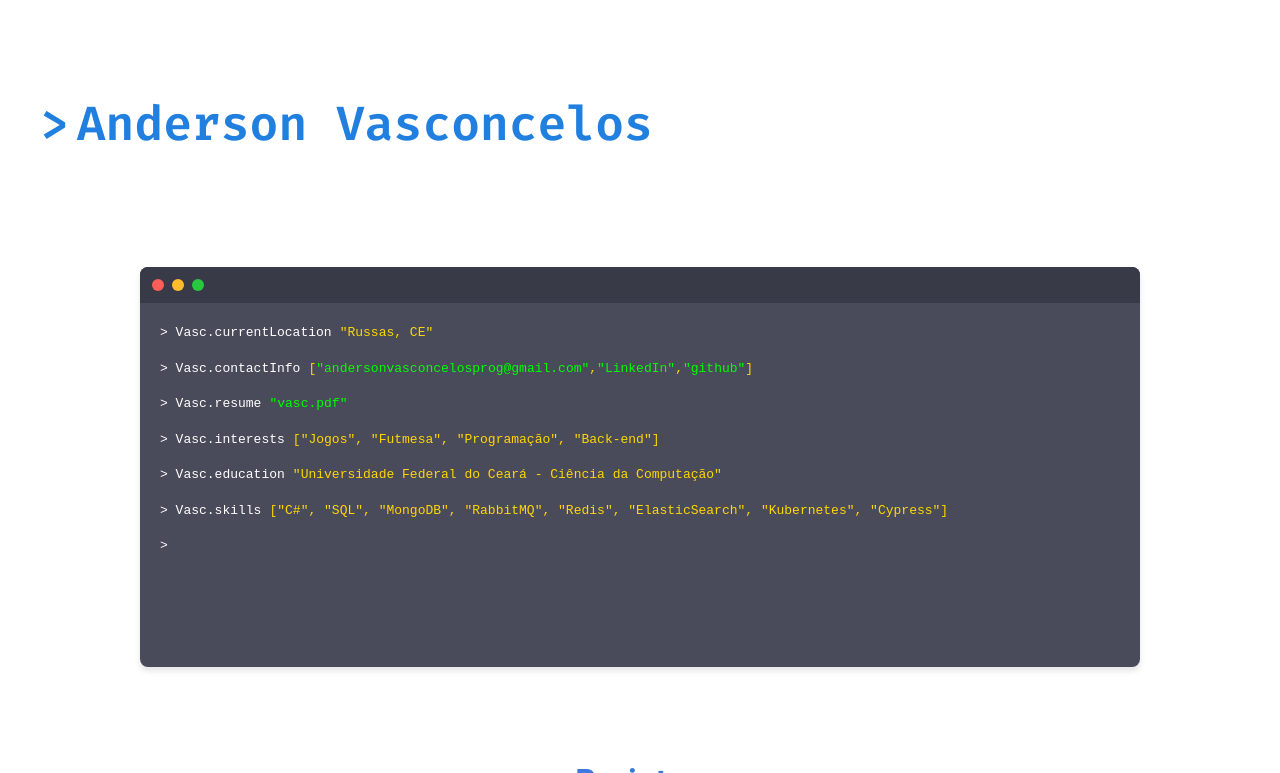
Repository: vascsx/portfolio_vascsx
Page: /
These files come from the project's save history. The page is drawn as it stood at one moment and after a run of saves; the edit follows.
The browser window is 1280 px wide. The pictures show the part of the page from y = 0 to 773 px (the page is 2276 px tall before and 2201 px after).
Pictures or frames that could not be fetched are drawn as grey boxes. The project was rebuilt for these pictures with package versions that can differ from the ones it lists, and the page was loaded fresh each time.

Above is the page before, as saved 2025-03-15 20:25:20.

### src/App.tsx
import Home from './components/Home';
import Resume from './components/Resume';
import Projects from './components/Projects';
import Contact from './components/Contact';
function App() {
  return (
    <div>
     <Resume />
      <Home />
      <Projects />
      <Contact/>
    </div>
  );
}

export default App;

### src/components/Home.tsx
import React from 'react';
import './Home.css';

const Home: React.FC = () => {
  return (
    <div className="terminal">
      <div className="terminal-header">
        <div className="dots">
          <div className="dot dot-red"></div>
          <div className="dot dot-yellow"></div>
          <div className="dot dot-green"></div>
        </div>
      </div>
      <div className="terminal-content">
        <div className="command-line">
          <span className="prompt">&gt; Vasc.currentLocation</span>
          <span className="output">"Russas, CE"</span>
        </div>
        <div className="command-line">
          <span className="prompt">&gt; Vasc.contactInfo</span>
          <span className="output">
            [
              <a href="mailto:andersonvasconcelosprog@gmail.com">"andersonvasconcelosprog@gmail.com"</a>,
              <a href="https://www.linkedin.com/in/andersonvasconcelos17/" target="_blank" rel="noopener noreferrer">"LinkedIn"</a>,
              <a href="https://github.com/vascsx" target="_blank" rel="noopener noreferrer">"github"</a>
            ]
          </span>
        </div>
        <div className="command-line">
          <span className="prompt">&gt; Vasc.resume</span>
          <span className="output">
            <a href="/path/to/vasc.pdf" target="_blank" rel="noopener noreferrer">"vasc.pdf"</a>
          </span>
        </div>
        <div className="command-line">
          <span className="prompt">&gt; Vasc.interests</span>
          <span className="output">["Jogos", "Futmesa", "Programação", "Back-end"]</span>
        </div>
        <div className="command-line">
          <span className="prompt">&gt; Vasc.education</span>
          <span className="output">"Universidade Federal do Ceará - Ciência da Computação"</span>
        </div>
        <div className="command-line">
          <span className="prompt">&gt; Vasc.skills</span>
          <span className="output">["C#", "SQL", "MongoDB", "RabbitMQ", "Redis", "ElasticSearch", "Kubernetes", "Cypress"]</span>
        </div>
        <div className="command-line">
          <span className="prompt-animation">&gt;</span>
        </div>
      </div>
    </div>
  );
};

export default Home;

### src/components/Resume.tsx
import React, { useEffect, useState } from 'react';
import { Link } from 'react-scroll';
import './Resume.css';

const Resume: React.FC = () => {
  const [text, setText] = useState('');
  const fullText = 'Annderson Vasconcelos';

  useEffect(() => {
    let index = 0;
    const interval = setInterval(() => {
      if (index < fullText.length) {
        setText((prev) => prev + fullText.charAt(index));
        index += 1;
      } else {
        clearInterval(interval);
      }
    }, 100);

    return () => clearInterval(interval);
  }, []);

  return (
    <div className="resume">
      <div className="resume-header">
        <h1 className="title">
          <span className="prompt-icon">&gt;</span>
          <span>{text}</span>
        </h1>
      </div>
    </div>
  );
};

export default Resume;

### src/components/Projects.tsx
import React from 'react';
import './Projects.css';
import { ReactComponent as GitHubIcon } from '../assets/images/github-svgrepo-com.svg';

interface Project {
  id: number;
  title: string;
  technologies: string[];
  sourceCode: string;
  githubRepo: string;
  videoUrl: string;
}

const projectsData: Project[] = [
  {
    id: 1,
    title: "Portfolio Vasc",
    technologies: ["Cypress", "TypeScript"],
    sourceCode: "https://github.com/username/vascsx",
    githubRepo: "https://github.com/username/vascsx",
    videoUrl: "https://www.youtube.com/embed/dQw4w9WgXcQ"
  },
  {
    id: 2,
    title: "Login",
    technologies: ["Cypress", "TypeScript"],
    sourceCode: "https://github.com/username/vascsx",
    githubRepo: "https://github.com/username/vascsx",
    videoUrl: "https://www.youtube.com/embed/dQw4w9WgXcQ"
  },
  {
    id: 3,
    title: "API Rest",
    technologies: ["Cypress", "TypeScript"],
    sourceCode: "https://github.com/username/vascsx",
    githubRepo: "https://github.com/username/vascsx",
    videoUrl: "https://www.youtube.com/embed/dQw4w9WgXcQ"
  }
];

const ProjectCard: React.FC<{ project: Project }> = ({ project }) => {
  return (
    <div className="project-card" id="projects">
      <div className="project-info">
        <h3>{project.title}</h3>
        <p>Descrição do projeto aqui.</p>
        <div className="tech-stack">
          {project.technologies.map((tech) => (
            <span key={tech} className="tech-tag">
              {tech}
            </span>
          ))}
        </div>
        <div className="project-buttons">
          <a
            href={project.sourceCode}
            className="btn-source"
            target="_blank"
            rel="noopener noreferrer"
          >
            Web
          </a>
          <a
            href={project.githubRepo}
            className="btn-github"
            target="_blank"
            rel="noopener noreferrer"
          >
            <GitHubIcon className="github-icon" />
          </a>
        </div>
      </div>
      <div className="project-video">
        <iframe
          src={project.videoUrl}
          title={project.title}
          frameBorder="0"
          allowFullScreen
        ></iframe>
      </div>
    </div>
  );
};

const Projects: React.FC = () => {
  return (
    <section className="projects">
      <h2>Projetos</h2>
      <div className="projects-grid">
        {projectsData.map((project) => (
          <ProjectCard key={project.id} project={project} />
        ))}
      </div>
    </section>
  );
};

export default Projects;

### src/components/Contact.tsx
import React from 'react';
import githubIcon from '../assets/images/github-svgrepo-com.svg';
import linkedinIcon from '../assets/images/linkedin-svgrepo-com.svg';
import './Contact.css';

const Contact: React.FC = () => {
  return (
    <div className="contact">
      <h2>Contatos</h2>
      <div className="icons">
        <a href="https://github.com/vascsx" target="_blank" rel="noopener noreferrer">
          <img src={githubIcon} alt="ícone do github" className="icon" />
        </a>
        <a href="https://www.linkedin.com/in/andersonvasconcelos17" target="_blank" rel="noopener noreferrer">
          <img src={linkedinIcon} alt="ícone do linkedin" className="icon" />
        </a>
      </div>
      <footer className="footer">
        <p>&copy; 2025 Todos os direitos reservados</p>
      </footer>
    </div>
  );
};

export default Contact;

### src/components/Home.css
.terminal {
  background-color: #494b5a;
  border-radius: 8px;
  width: 1000px;
  height: 400px;
  margin: 20px auto;
  font-family: monospace;
  box-shadow: 0 4px 6px rgba(0, 0, 0, 0.1);
}

.terminal-header {
  background-color: #383a47;
  padding: 12px;
  border-top-left-radius: 8px;
  border-top-right-radius: 8px;
}

.dots {
  display: flex;
  gap: 8px;
}

.dot {
  width: 12px;
  height: 12px;
  border-radius: 50%;
}

.dot-red {
  background-color: #ff5f56;
}

.dot-yellow {
  background-color: #ffbd2e;
}

.dot-green {
  background-color: #27c93f;
}

.terminal-content {
  padding: 20px;
  color: white;
}

.command-line {
  margin-bottom: 16px;
  line-height: 1.5;
}

.prompt {
  color: white;
  margin-right: 8px;
}

.prompt-animation {
  color: white;
  margin-right: 8px;
  animation: blink 1s infinite;
}

@keyframes blink {
  0% {
    opacity: 1;
  }
  50% {
    opacity: 0;
  }
  100% {
    opacity: 1;
  }
}

.output {
  color: #ffd700;
}

.output a {
  color: #00ff00;
  text-decoration: none;
}

.output a:hover {
  text-decoration: underline;
}

@media (max-width: 1200px) {
  .terminal {
    width: 90%;
    margin: 20px auto;
  }

  .terminal-header {
    padding: 10px;
  }

  .dots {
    gap: 6px;
  }

  .dot {
    width: 10px;
    height: 10px;
  }

  .terminal-content {
    padding: 16px;
  }
}

@media (max-width: 768px) {
  .terminal {
    width: 95%;
  }

  .terminal-header {
    padding: 8px;
  }

  .dots {
    gap: 5px;
  }

  .dot {
    width: 8px;
    height: 8px;
  }

  .terminal-content {
    padding: 12px;
  }

  .command-line {
    font-size: 0.9rem;
  }

  .prompt, .output {
    font-size: 0.9rem;
  }
}

@media (max-width: 480px) {
  .terminal {
    width: 100%;
    margin: 10px auto;
  }

  .terminal-header {
    padding: 6px;
  }

  .dots {
    gap: 4px;
  }

  .dot {
    width: 6px;
    height: 6px;
  }

  .terminal-content {
    padding: 8px;
  }

  .command-line {
    font-size: 0.85rem;
  }

  .prompt, .output {
    font-size: 0.85rem;
  }
}

### src/components/Resume.css
@import url('https://fonts.googleapis.com/css2?family=Fira+Code:wght@400;500;600&display=swap');

.resume-container {
  padding: 40px;
  max-width: 1200px;
  margin: 0 auto;
}

.resume-section {
  margin-bottom: 30px;
}

.resume-title {
  font-size: 24px;
  color: #333;
  margin-bottom: 20px;
  border-bottom: 2px solid #404040;
  padding-bottom: 10px;
}

.resume-content {
  line-height: 1.6;
}

.experience-item {
  margin-bottom: 20px;
}

.experience-title {
  font-size: 18px;
  font-weight: bold;
  color: #444;
}

.experience-company {
  color: #666;
  font-style: italic;
}

.experience-date {
  color: #888;
  font-size: 14px;
}

.experience-description {
  margin-top: 10px;
  color: #555;
}

.skills-list {
  display: flex;
  flex-wrap: wrap;
  gap: 10px;
}

.skill-item {
  background-color: #f0f0f0;
  padding: 5px 15px;
  border-radius: 15px;
  font-size: 14px;
  color: #444;
}

.resume {
  max-width: 1200px;
  margin: 0 auto;
  padding: 60px 20px;
}

.resume-header {
  margin-bottom: 24px;
}

.title {
  font-size: 48px;
  color: #2180df;
  font-family: 'Fira Code', monospace;
  display: flex;
  align-items: center;
  gap: 8px;
}

.prompt-icon {
  color: #2180df;
}

.cursor {
  width: 24px;
  height: 48px;
  background-color: #8b8eff;
  display: inline-block;
}


.description {
  font-size: 18px;
  color: #666;
  margin-bottom: 16px;
  line-height: 1.5;
}

.sub-description {
  font-size: 20px;
  color: #666;
}

.link {
  color: #8b8eff;
  text-decoration: none;
  transition: all 0.3s ease;
}

.link:hover {
  text-decoration: underline;
}

@media (max-width: 1200px) {
  .resume-container {
    padding: 30px;
  }

  .resume-title {
    font-size: 22px;
  }

  .resume-header {
    margin-bottom: 20px;
  }

  .title {
    font-size: 40px;
  }

  .description {
    font-size: 16px;
  }

  .sub-description {
    font-size: 18px;
  }

  .experience-title {
    font-size: 16px;
  }

  .experience-date {
    font-size: 13px;
  }

  .skills-list {
    gap: 8px;
  }

  .skill-item {
    font-size: 12px;
  }
}

@media (max-width: 768px) {
  .resume-container {
    padding: 20px;
  }

  .resume-title {
    font-size: 20px;
  }

  .title {
    font-size: 36px;
  }

  .description {
    font-size: 15px;
  }

  .sub-description {
    font-size: 18px;
  }

  .experience-title {
    font-size: 15px;
  }

  .experience-company {
    font-size: 13px;
  }

  .experience-date {
    font-size: 12px;
  }

  .skills-list {
    gap: 6px;
  }

  .skill-item {
    font-size: 11px;
  }
}

@media (max-width: 480px) {
  .resume-container {
    padding: 15px;
  }

  .resume-title {
    font-size: 18px;
  }

  .title {
    font-size: 32px;
  }

  .description {
    font-size: 14px;
  }

  .sub-description {
    font-size: 16px;
  }

  .experience-title {
    font-size: 14px;
  }

  .experience-company {
    font-size: 12px;
  }

  .experience-date {
    font-size: 11px;
  }

  .skills-list {
    gap: 5px;
  }

  .skill-item {
    font-size: 10px;
  }

  .link {
    font-size: 14px;
  }
}

### src/components/Projects.css
.projects {
  padding: 3rem 2rem;
  max-width: 1300px;
  margin: 0 auto;
}

.projects h2 {
  text-align: center;
  margin-bottom: 3rem;
  color: #3d78df;
  font-size: 2rem;
}

.projects-grid {
  display: grid;
  grid-template-columns: 1fr;
  gap: 2rem;
  margin: 0 auto;
  width: 100%;
}

.project-card {
  display: flex;
  flex-direction: row;
  gap: 2rem;
  border-radius: 8px;
  overflow: hidden;
  width: 100%;
  max-width: 1200px;
  box-shadow: 0 4px 10px rgba(0, 0, 0, 0.15);
  background-color: #fff;
}

.project-info {
  flex: 0 0 25%;
  padding: 1rem;
  display: flex;
  flex-direction: column;
  justify-content: flex-start;
  gap: 1.5rem;
  margin-left: 1.5rem;
  margin-top: 1rem;
}

.project-info h3 {
  margin-bottom: 1rem;
  font-size: 1.5rem;
  margin-top: 1rem;
}

.project-info p {
  margin-bottom: 1rem;
  color: #333;
}

.tech-stack {
  display: flex;
  justify-content: start;
  gap: 0.8rem;
  margin-bottom: 1.8rem;
  flex-wrap: wrap;
}

.tech-tag {
  background: rgba(255, 255, 255, 0.1);
  color: white;
  padding: 0.3rem 0.8rem;
  border-radius: 20px;
  font-size: 0.75rem;
  backdrop-filter: blur(4px);
}

.project-buttons {
  display: flex;
  gap: 1rem;
  margin-right: 1rem;
  align-items: center;
  justify-content: flex-start;
}

.btn-source {
  padding: 0.6rem 1.5rem;
  background: #3d78df;
  color: white;
  border-radius: 25px;
  text-decoration: none;
  font-size: 0.875rem;
  font-weight: 500;
  transition: all 0.2s ease;
}

.btn-source:hover {
  background: rgba(61, 120, 223, 0.9);
  transform: translateY(-2px);
}

.btn-github {
  display: inline-flex;
  align-items: center;
  padding: 0.6rem 1.5rem;
  background: #333;
  color: white;
  border-radius: 25px;
  text-decoration: none;
  font-size: 0.875rem;
  font-weight: 500;
  transition: all 0.2s ease;
}

.btn-github .github-icon {
  margin-right: 0.5rem;
  width: 20px;
  height: 20px;
}

.btn-github:hover {
  background: rgba(51, 51, 51, 0.8);
  transform: translateY(-2px);
}

.project-video {
  flex: 0 0 75%;
  width: 100%;
}

.project-video iframe {
  width: 100%;
  height: 350px;
  border-radius: 8px;
  object-fit: cover; /* Assegura que o vídeo cubra completamente a área do iframe sem distorção */
}

@media (max-width: 1024px) {
  .project-card {
    flex-direction: column;
  }

  .project-info {
    flex: 0 0 100%;
    padding: 1rem;
  }

  .project-video {
    height: 400px;
  }
}

@media (max-width: 640px) {
  .project-video {
    height: 300px;
  }

  .project-info {
    padding: 1rem;
    margin-top: 1.5rem;
  }
}

### src/components/Contact.css
/* Contact.css */
.contact {
  font-family: Arial, sans-serif;
  color: #000;
  padding: 20px;
  text-align: center;
}

.contact h2 {
  text-align: center;
  margin-bottom: 3rem;
  color: #3d78df;
  font-size: 2rem;
}



.icons {
  display: flex;
  justify-content: center;
  gap: 20px;
  margin-bottom: 20px;
}

.icons a {
  display: inline-block;
}

.icon {
  width: 40px;
  height: 40px;
  transition: transform 0.3s ease;
  animation: bounce 1.5s infinite;
}

.icon:hover {
  transform: scale(1.2);
}

@keyframes bounce {
  0%, 100% {
    transform: translateY(0);
  }
  50% {
    transform: translateY(-10px);
  }
}

.footer {
  font-size: 0.8em;
  color: #777;
  margin-top: 30px;
}

Loaded but not shown: public/index.html (common file); src/index.tsx (common file); src/index.css (common file); src/reportWebVitals.ts (common file)

After the next 2 saves:
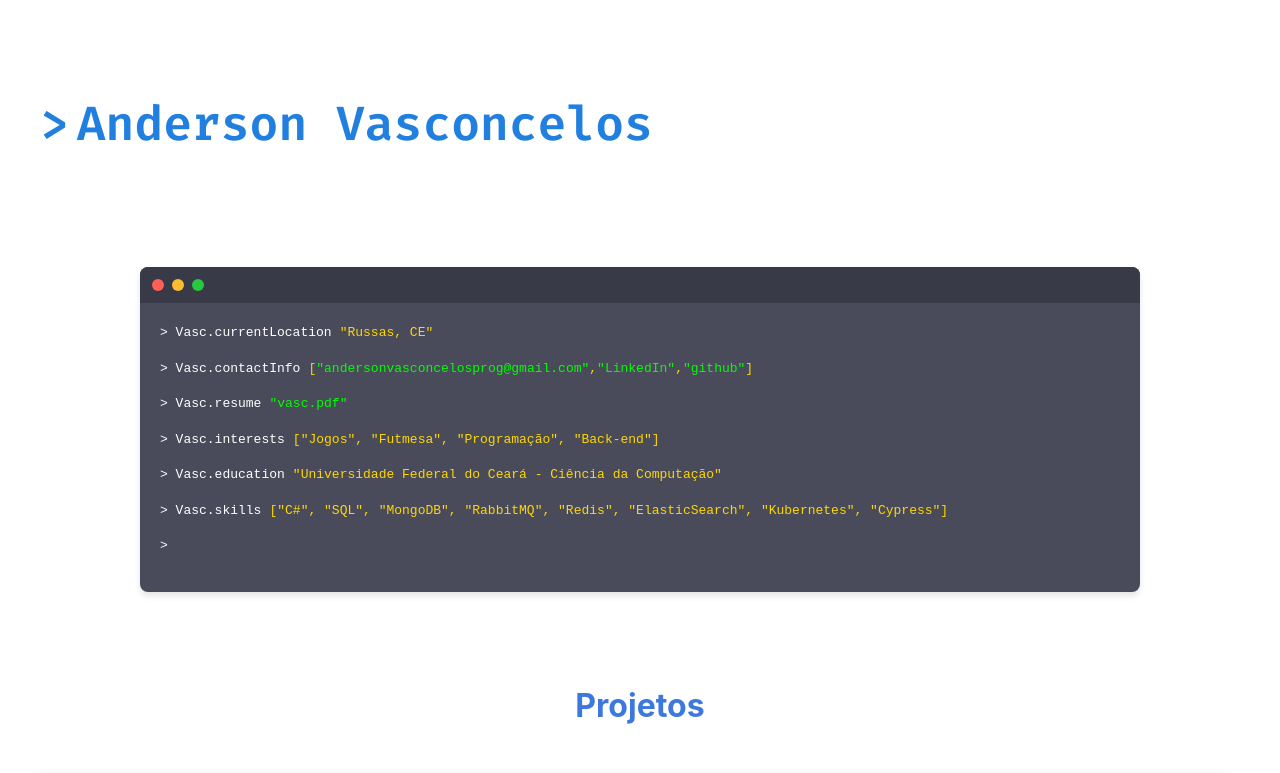
The 2 saves are shown as one change because they came seconds apart.
The last was saved 8 s later.
--- a/src/components/Home.css
+++ b/src/components/Home.css
@@ -2,7 +2,6 @@
   background-color: #494b5a;
   border-radius: 8px;
   width: 1000px;
-  height: 400px;
   margin: 20px auto;
   font-family: monospace;
   box-shadow: 0 4px 6px rgba(0, 0, 0, 0.1);
